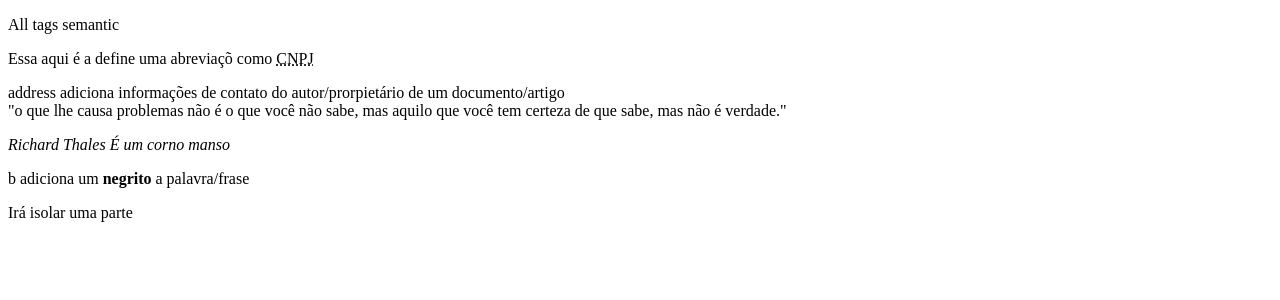
Repository: ErikMesquita/Danki-Code
Page: formatação/index.html
The author's editor kept a copy of each file at every save. The page is drawn from the files as they stood at one save, then again after the next save.
The browser window is 1280 px wide. The pictures show the whole page.

Above is the page before, as saved 2023-10-28 11:04:04.

After the next save:
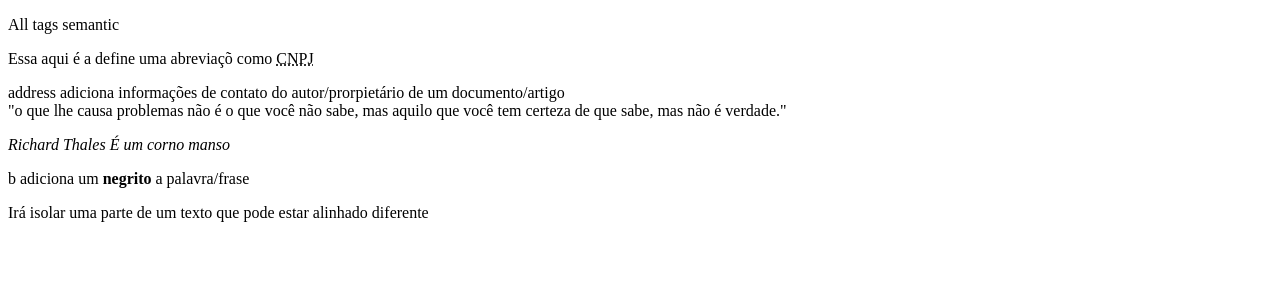
Saved 15 s later.
--- a/formatação/index.html
+++ b/formatação/index.html
@@ -72,7 +72,7 @@
 
     <p>b adiciona um <b>negrito</b> a palavra/frase</p>
 
-    <p>Irá isolar uma parte </p>
+    <p>Irá isolar uma parte de um texto que pode estar alinhado diferente</p>
 </body>
 
 </html>
